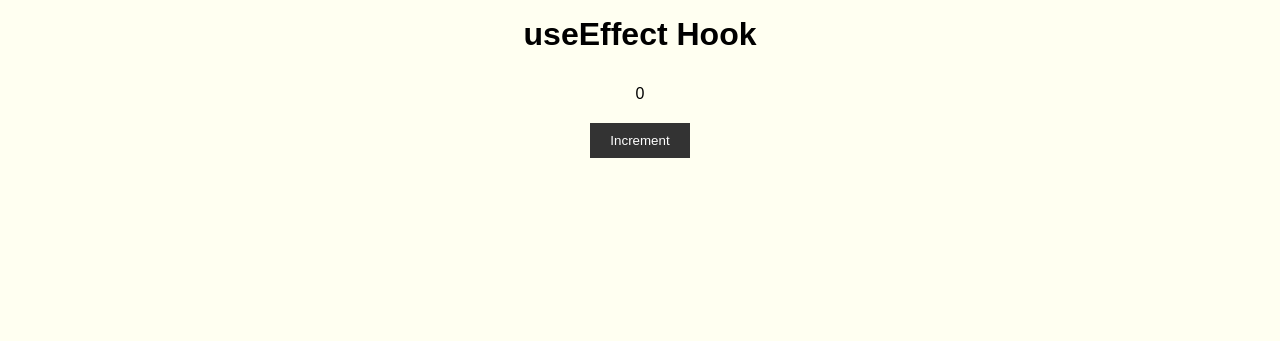
Repository: Muskan1Kumari4draw/React-app-with-concept
Page: /
The author's editor kept a copy of each file at every save. The page is drawn from the files as they stood at one save, then again after the next save.
The browser window is 1280 px wide. The pictures show the whole page.
The project was rebuilt for these pictures with package versions that can differ from the ones it lists, and the page was loaded fresh each time.

Above is the page before, as saved 2024-10-02 11:40:54.

After the next save:
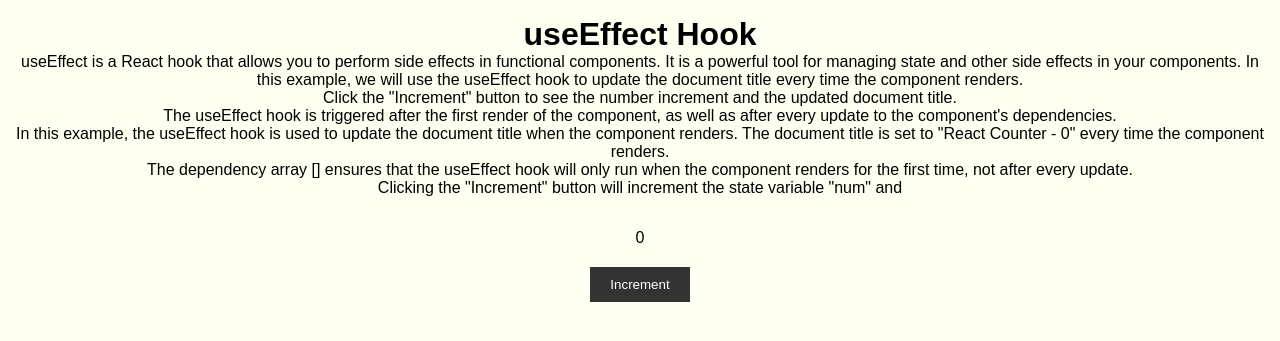
Saved 8 s later.
--- a/src/component/Hooke/UseEffect.js
+++ b/src/component/Hooke/UseEffect.js
@@ -8,7 +8,31 @@ const UseEffect = () => {
       <div className="container">
         <div className="para">
           <h1>useEffect Hook</h1>
-          <p></p>
+          <p>
+            useEffect is a React hook that allows you to perform side effects in
+            functional components. It is a powerful tool for managing state and
+            other side effects in your components. In this example, we will use
+            the useEffect hook to update the document title every time the
+            component renders.
+            <br />
+            Click the "Increment" button to see the number increment and the
+            updated document title.
+            <br />
+            The useEffect hook is triggered after the first render of the
+            component, as well as after every update to the component's
+            dependencies.
+            <br />
+            In this example, the useEffect hook is used to update the document
+            title when the component renders. The document title is set to
+            "React Counter - {num}" every time the component renders.
+            <br />
+            The dependency array [] ensures that the useEffect hook will only
+            run when the component renders for the first time, not after every
+            update.
+            <br />
+            Clicking the "Increment" button will increment the state variable
+            "num" and
+          </p>
         </div>
         <div className="container"></div>
         <p>{num}</p>
